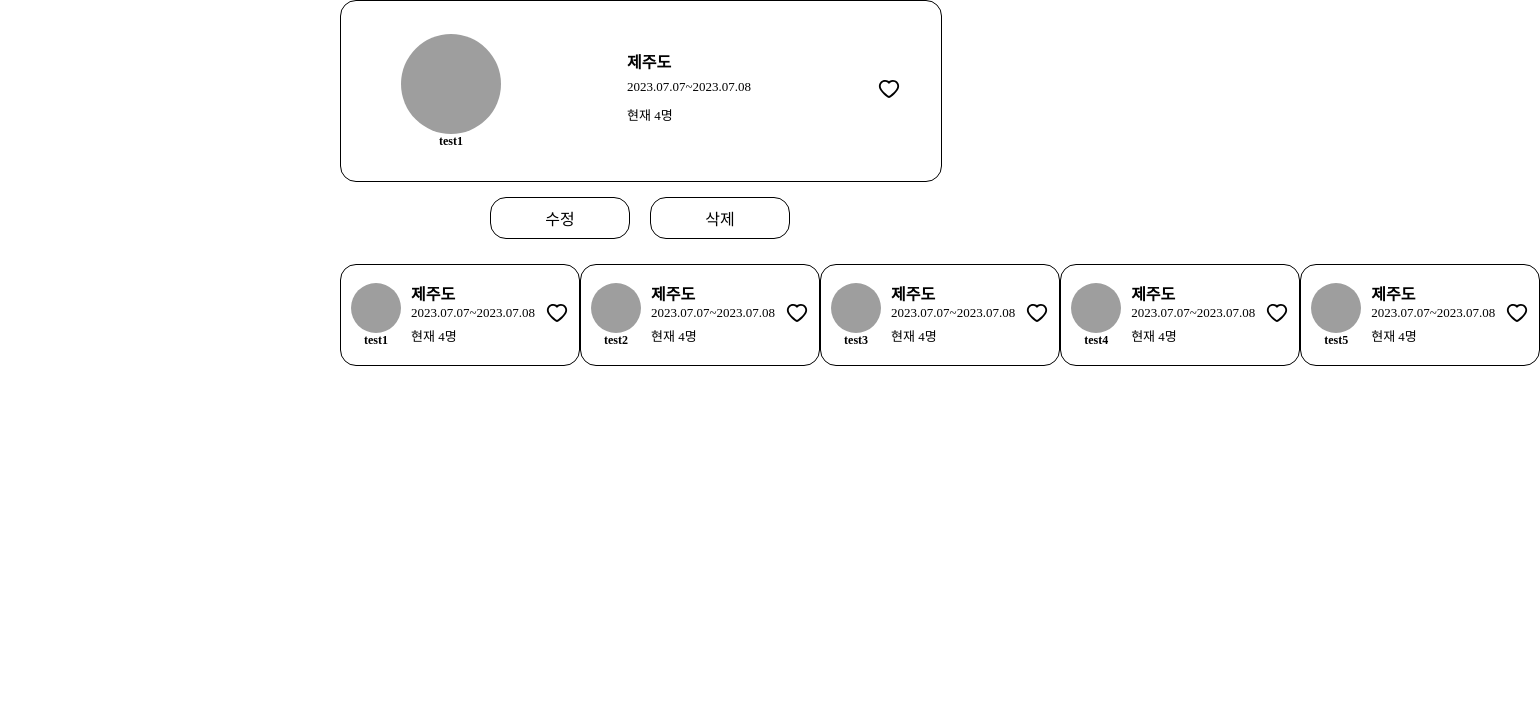
Repository: the-graces/matrip-web
Page: /tripSchedule (app in matrip/)
These files come from the project's save history. The page is drawn as it stood at one moment and after the next save; the edit follows.
The browser window is 1280 px wide. The page is 1540 px wide, then 1280 px, so the pictures cover 1540 px, including what lies to the right of the window. The pictures show the whole page.
Pictures or frames that could not be fetched are drawn as grey boxes. The project was rebuilt for these pictures with package versions that can differ from the ones it lists, and the page was loaded fresh each time. Also part of the build but not shown: matrip/src/pages/Main/mainStyle.tsx, matrip/src/pages/Main/Post.tsx, matrip/src/pages/Main/index.tsx, matrip/src/pages/FriendSearch/friendSearchStyle.tsx, matrip/src/data/userdata.ts, matrip/src/pages/FriendSearch/index.tsx, matrip/src/pages/ItineraryInfo/index.scss, matrip/src/pages/ItineraryInfo/itineraryInfoStyle.tsx and 4 more.

Above is the page before, as saved 2023-07-09 13:38:18.

### matrip/src/App.tsx
import React from "react";
import { BrowserRouter, Route, Routes } from "react-router-dom";
import Main from "./pages/Main";

import FriendSearch from "./pages/FriendSearch";
import ItineraryInfo from "./pages/ItineraryInfo";
import UserProfile from "./pages/UserProfile";

import GlobalFonts from "./styles/fonts";
import TripSchedule from "./pages/TripSchedule";

function App() {
   return (
      <BrowserRouter>
         <GlobalFonts />
         <Routes>
            <Route
               path="/"
               element={<Main />}
            />
            <Route
               path="/friendSearch"
               element={<FriendSearch />}
            />
            <Route
               path="/itineraryInfo"
               element={<ItineraryInfo />}
            />
            <Route
               path="/userProfile"
               element={<UserProfile />}
            />
            <Route
               path="/tripSchedule"
               element={<TripSchedule />}
            />
         </Routes>
      </BrowserRouter>
   );
}

export default App;

### matrip/src/styles/fonts/index.js
import { createGlobalStyle } from "styled-components";
import Prentendard from "./Pretendard-Regular.woff2";

export default createGlobalStyle`
@font-face {
    font-family: "Prentendard";
    src: url(${Prentendard}) fromat("woff2");
}`;

### matrip/src/pages/TripSchedule/index.tsx
import React from "react";
import "./index.scss";

import * as iss from "./TripScheduleStyle";
import * as gs from "../../styles/GlobalStyles";
import "./index.scss";
import { fdata } from "../../data/userdata";
import { postdata } from "../../data/postdata";
import { AiOutlineHeart } from "react-icons/ai";
import UserList from "./UserList";

const TripSchedule: React.FC = () => {
  const post = postdata[0];

  return (
    <gs.MainContainer>
      <iss.MainContainer>
        <iss.postBox key={post.id}>
          <iss.profileBox to={"/userProfile"}>
            <iss.profileImgBox>
              <iss.profileImg src={post.imgurl} alt="유저 프로필" />
            </iss.profileImgBox>
            <iss.Nickname>{post.nick}</iss.Nickname>
          </iss.profileBox>
          <iss.postContent to={"/itineraryInfo"}>
            <iss.postTitle>{post.destination}</iss.postTitle>
            <iss.postPeriod>
              {post.startDate}~{post.endData}
            </iss.postPeriod>
            <iss.postPeriod>현재 {post.personnel}명</iss.postPeriod>
          </iss.postContent>
          <div>
            <iss.LikeBtn>
              <AiOutlineHeart size="24" />
            </iss.LikeBtn>
          </div>
        </iss.postBox>

        <iss.TripSchedulePostButton>
          <iss.TripSchedulePostButtonL>수정</iss.TripSchedulePostButtonL>
          <iss.TripSchedulePostButtonR>삭제</iss.TripSchedulePostButtonR>
        </iss.TripSchedulePostButton>

        <UserList/>
      </iss.MainContainer>
    </gs.MainContainer>
  );
};

export default TripSchedule;

### matrip/src/styles/GlobalStyles.tsx
import { styled } from "styled-components";

// 전체 화면 컨테이너
export const MainContainer = styled.div`
   width: 100%;
   display: flex;
   justify-content: center;
   font-family: Pretendard;
`;

// 그 안에 들어갈 내용을 감싸는 컨테이너
export const MainBox = styled.div`
   max-width: 600px;
   width: 100%;
   display: flex;
   flex-direction: column;
   align-items: center;

   @media screen and (min-width: 600px) {
      width: 600px;
   }
`;

### matrip/src/pages/TripSchedule/TripScheduleStyle.tsx
import { Link } from "react-router-dom";
import { styled } from "styled-components";

export const MainContainer = styled.div`
  max-width: 600px;
  width: 100%;

  @media screen and (min-width: 600px) {
    width: 600px;
  }
`;

export const postBox = styled.div`
  width: 100%;
  height: 180px;
  display: flex;
  align-items: center;
  justify-content: space-between;
  border: solid #000 1px;
  border-radius: 16px;
`;

export const profileBox = styled(Link)`
  padding: 0 10px;
  display: flex;
  flex-direction: column;
  align-items: center;
  color: #000;
  text-decoration: none;
  margin-left: 50px;
`;
export const profileImgBox = styled.div`
  width: 100px;
  height: 100px;
`;

export const profileImg = styled.img`
  width: 100%;
  height: 100%;
  object-fit: cover;
  border-radius: 50%;
`;

export const Nickname = styled.h4`
  font-size: 12px;
  font-weight: 600;
  margin: 0;
`;

export const postContent = styled(Link)`
  color: #000;
  text-decoration: none;
`;

export const postTitle = styled.div`
  font-size: 16px;
  font-weight: 800;
  margin-bottom: 6px;
`;

export const postPeriod = styled.div`
  font-size: 13px;
  margin-bottom: 10px;
`;

export const LikeBtn = styled.button`
  border: none;
  background: none;
  cursor: pointer;
  padding: 0 10px;
  margin-right: 30px;
`;

export const TripSchedulePostButton = styled.div`
  width: 50%;
  display: flex;
  border-radius: 40px;
  margin: auto;
  margin-top: 15px;
  gap: 20px;
  margin-bottom: 25px;
`;

export const TripSchedulePostButtonL = styled.div`
  width: 100%;
  height: 40px;
  display: flex;
  align-items: center;
  justify-content: space-between;
  border: solid #000 1px;
  border-radius: 16px;
  justify-content: center;
`;

export const TripSchedulePostButtonR = styled.div`
  width: 100%;
  height: 40px;
  display: flex;
  align-items: center;
  justify-content: space-between;
  border: solid #000 1px;
  border-radius: 16px;
  justify-content: center;
`;

export const userList = styled.div`
  display: flex;
  width: 600px;
`;

export const userListPostBox = styled.div`
  width: calc((100% - 20px) / 2);
  height: 100px;
  display: flex;
  align-items: center;
  justify-content: space-between;
  border: solid #000 1px;
  border-radius: 16px;
`;

export const userListProfileBox = styled(Link)`
  padding: 0 10px;
  display: flex;
  flex-direction: column;
  align-items: center;
  color: #000;
  text-decoration: none;
`;

export const userListProfileImgBox = styled.div`
  width: 50px;
  height: 50px;
`;

export const userListProfileImg = styled.img`
  width: 100%;
  height: 100%;
  object-fit: cover;
  border-radius: 50%;
`;

export const userListNickname = styled.h4`
  font-size: 12px;
  font-weight: 600;
  margin: 0;
`;

export const userListPostContent = styled(Link)`
  color: #000;
  text-decoration: none;
`;

export const userListPostTitle = styled.div`
  font-size: 16px;
  font-weight: 800;
`;

export const userListPostPeriod = styled.div`
  font-size: 13px;
  margin-bottom: 5px;
`;

export const userListPLikeBtn = styled.button`
  border: none;
  background: none;
  cursor: pointer;
  padding: 0 10px;
`;

### matrip/src/data/postdata.ts
export const postdata = [
  {
    id: "1",
    nick: "test1",
    imgurl:
      "https://img2.daumcdn.net/thumb/R658x0.q70/?fname=https://t1.daumcdn.net/news/202302/21/spotvnews/20230221133133423kfxy.jpg",
    destination: "제주도",
    startDate: "2023.07.07",
    endData: "2023.07.08",
    personnel: 4,
  },
  {
    id: "2",
    nick: "test2",
    imgurl:
      "https://img2.daumcdn.net/thumb/R658x0.q70/?fname=https://t1.daumcdn.net/news/202302/21/spotvnews/20230221133133423kfxy.jpg",
    destination: "제주도",
    startDate: "2023.07.07",
    endData: "2023.07.08",
    personnel: 4,
  },
  {
    id: "3",
    nick: "test3",
    imgurl:
      "https://img2.daumcdn.net/thumb/R658x0.q70/?fname=https://t1.daumcdn.net/news/202302/21/spotvnews/20230221133133423kfxy.jpg",
    destination: "제주도",
    startDate: "2023.07.07",
    endData: "2023.07.08",
    personnel: 4,
  },
  {
    id: "4",
    nick: "test4",
    imgurl:
      "https://img2.daumcdn.net/thumb/R658x0.q70/?fname=https://t1.daumcdn.net/news/202302/21/spotvnews/20230221133133423kfxy.jpg",
    destination: "제주도",
    startDate: "2023.07.07",
    endData: "2023.07.08",
    personnel: 4,
  },
  {
    id: "5",
    nick: "test5",
    imgurl:
      "https://img2.daumcdn.net/thumb/R658x0.q70/?fname=https://t1.daumcdn.net/news/202302/21/spotvnews/20230221133133423kfxy.jpg",
    destination: "제주도",
    startDate: "2023.07.07",
    endData: "2023.07.08",
    personnel: 4,
  },
];

### matrip/src/pages/TripSchedule/UserList.tsx
import React from "react";
import "./index.scss";

import * as iss from "./TripScheduleStyle";
import "./index.scss";
import { fdata } from "../../data/userdata";
import { AiOutlineHeart } from "react-icons/ai";
import { postdata } from "../../data/postdata";

const UserList: React.FC = () => {
  return (
    <iss.userList>
      {postdata.map((post) => (
        <iss.userListPostBox key={post.id}>
          <iss.userListProfileBox to={"/userProfile"}>
            <iss.userListProfileImgBox>
              <iss.userListProfileImg src={post.imgurl} alt="유저 프로필" />
            </iss.userListProfileImgBox>
            <iss.userListNickname>{post.nick}</iss.userListNickname>
          </iss.userListProfileBox>
          <iss.userListPostContent to={"/itineraryInfo"}>
            <iss.userListPostTitle>{post.destination}</iss.userListPostTitle>
            <iss.userListPostPeriod>
              {post.startDate}~{post.endData}
            </iss.userListPostPeriod>
            <iss.userListPostPeriod>현재 {post.personnel}명</iss.userListPostPeriod>
          </iss.userListPostContent>
          <div>
            <iss.userListPLikeBtn>
              <AiOutlineHeart size="24" />
            </iss.userListPLikeBtn>
          </div>
        </iss.userListPostBox>
      ))}
    </iss.userList>
  );
};

export default UserList;

Loaded but not shown: matrip/public/index.html (common file); matrip/src/index.tsx (common file); matrip/src/index.css (common file); matrip/src/reportWebVitals.ts (common file)

After the next save:
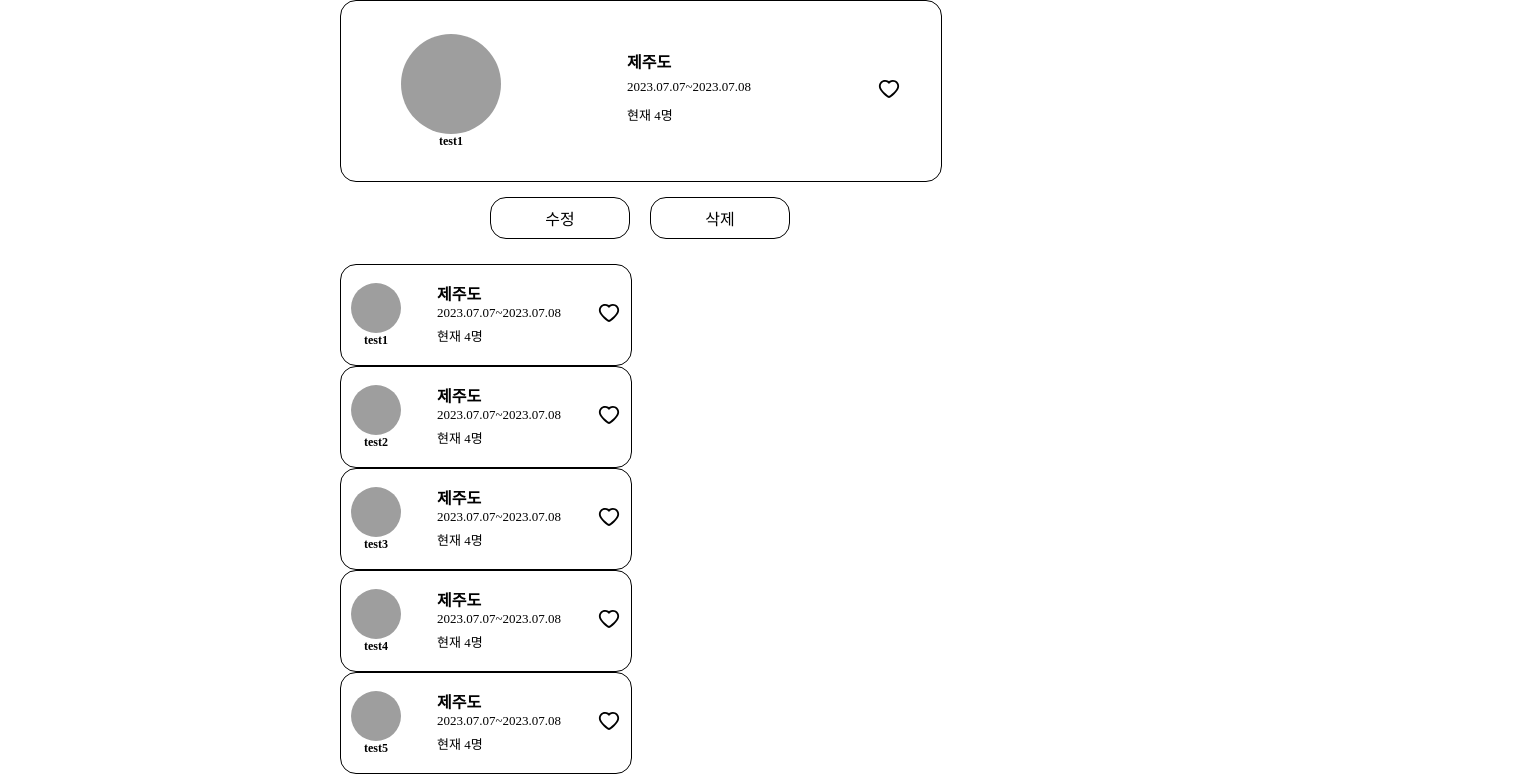
Saved 23 s later.
--- a/matrip/src/pages/TripSchedule/TripScheduleStyle.tsx
+++ b/matrip/src/pages/TripSchedule/TripScheduleStyle.tsx
@@ -104,8 +104,7 @@ export const TripSchedulePostButtonR = styled.div`
 `;
 
 export const userList = styled.div`
-  display: flex;
-  width: 600px;
+
 `;
 
 export const userListPostBox = styled.div`
